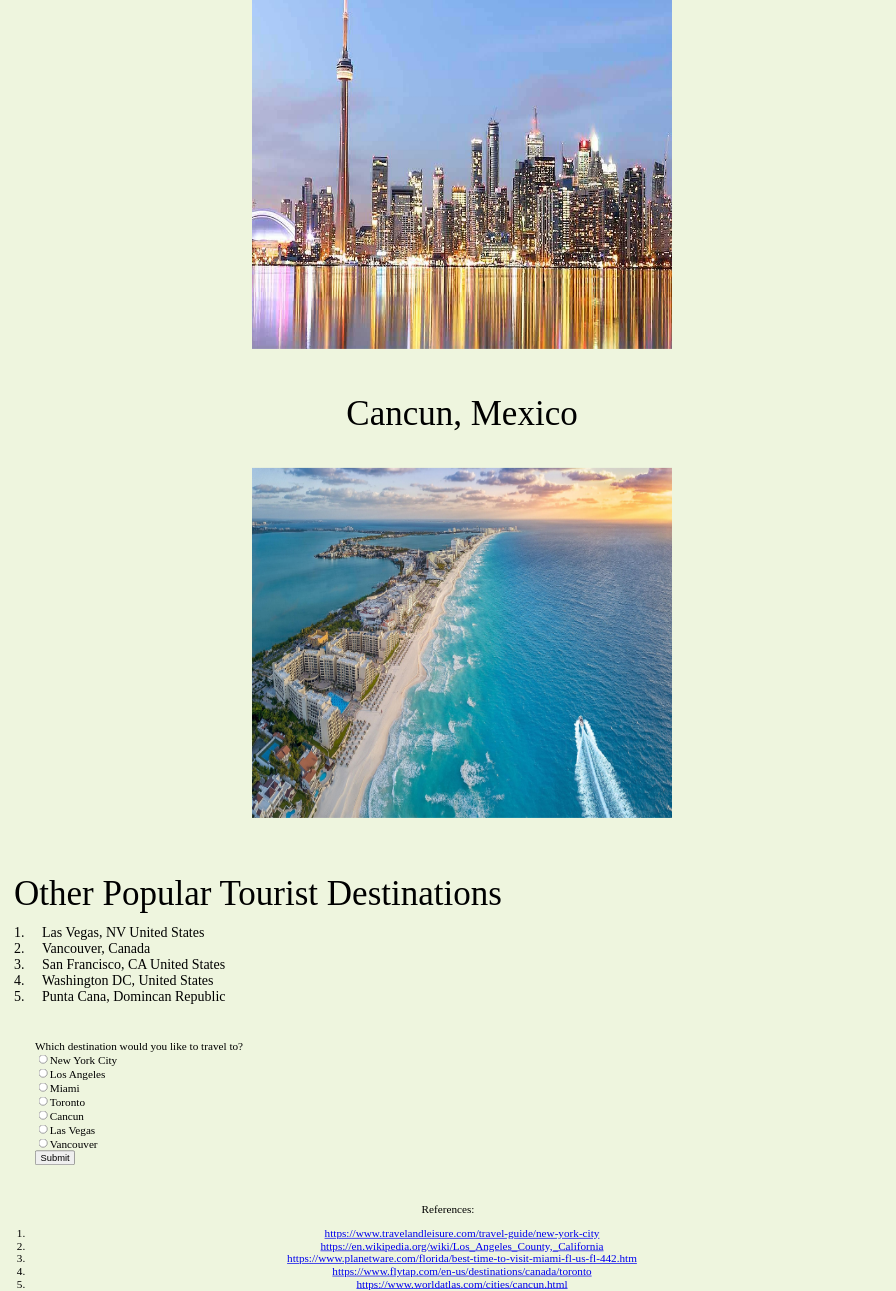
Repository: alharama/StaticWebsite
Page: na_page.html
The author's editor kept a copy of each file at every save. The page is drawn from the files as they stood at one save, then again after the next save.
The browser window is 1280 px wide. The pictures show the part of the page from y = 2818 to 4738 px (the page is 4662 px tall before and 4738 px after), at 70% of full size.

Above is the page before, as saved 2021-10-07 20:29:29.

### na_page.html
<!DOCTYPE html>
<html lang="en">
<head>

    <link rel = "stylesheet" type="text/css" href="CSS/stylesheet.css">
    <link rel="icon" href="World.ico">

    <title> North America </title>

    <style>

        #na {
            display: block;
            margin-left: auto;
            margin-right: auto;
            margin-top: 30px;
            width: auto;
            height: 300px;

        }

        #survey {
            margin: 50px;
        }

        #result {
            padding-top: 5px;
            font-family: 'Kaushan Script';
        }

    </style>

    <script>
        function displayRadioValue() {
            var ele = document.getElementsByName('dest_option');

            for(i = 0; i < ele.length; i++) {
                if(ele[i].checked)
                document.getElementById("result").innerHTML
                         = "Destination: "+ele[i].value;
            }
        }
    </script>

</head>

<body>
    <header>
        North America


        <div id="languages">
            <div>Hello</div>
            <div>Bonjour</div>
            <div>Marhabaan</div>
            <div>Zdravstvuyte</div>
            <div>nǐ hǎo</div>
            <div>Salve</div>
            <div>Konnichiwa</div>
            <div>Guten Tag</div>
            <div>Goddag</div>
            <div>Shikamoo</div>
        </div>

    </header>


        <nav class="top_nav">
            <ul id="top_nav">
                <li><a href="/index.html">Home</a></li>
                <li><a href="/na_page.html">North America</a></li>
                <li><a href="/sa_page.html">South America</a></li>
                <li><a href="/eu_page.html">Europe</a></li>
                <li><a href="/af_page.html">Africa</a></li>
                <li><a href="/as_page.html">Asia</a></li>
                <li><a href="/au_page.html">Australia</a></li>
                <li><a href="/ant_page.html">Antarctica</a></li>
            </ul>
        </nav>

        <img id="na" src="images/NorthAmerica.png" alt="North america">


        <h1> Top Tourist Destinations in North America</h1>


        <ul class = "tourist_spots">
            <li> New York City, NY United States</li>

            <li><img class="dest" src="images/NY.jpeg" alt="NY"></li>
            <li> Los Angeles, CA United States</li>
            <li><img class = "dest" src="images/LA.jpeg" alt="LA"> </li>
            <li> Miami, FL United States</li>
            <li><img class = "dest" src="images/MIA.jpeg" alt = "MIA"></li>
            <li> Toronto, Canada</li>
            <li><img class = "dest" src="images/TOR.jpeg" alt="TOR"> </li>
            <li> Cancun, Mexico</li>
            <li><img class="dest" src="images/Cancun.jpeg" alt="Cancun"> </li>
        </ul>


            <div class = "extra_destinations">
                <div id="other_dest_header"> Other Popular Tourist Destinations</div>
                    <ol>
                        <li> Las Vegas, NV United States</li>
                        <li> Vancouver, Canada</li>
                        <li> San Francisco, CA United States</li>
                        <li> Washington DC, United States</li>
                        <li> Punta Cana, Domincan Republic</li>
                    </ol>
            </div>





        <div id="survey">

            Which destination would you like to travel to?
            <form>

                <input type="radio" name="dest_option" value="New York City">New York City<br>
                <input type="radio" name="dest_option" value="Los Angeles">Los Angeles<br>
                <input type="radio" name="dest_option" value="Miami">Miami<br>
                <input type="radio" name="dest_option" value="Toronto">Toronto<br>
                <input type="radio" name="dest_option" value="Cancun">Cancun<br>
                <input type="radio" name="dest_option" value="Las Vegas">Las Vegas<br>
                <input type="radio" name="dest_option" value="Vancouver">Vancouver<br>
                <button type="button" onclick="displayRadioValue()">
                    Submit
                </button>

                <div id="result"></div>

            </form>

        </div>



        <footer>

            References:
                <ol>
                    <li><a href="https://www.travelandleisure.com/travel-guide/new-york-city">https://www.travelandleisure.com/travel-guide/new-york-city</a></li>
                    <li><a href="https://en.wikipedia.org/wiki/Los_Angeles_County,_California">https://en.wikipedia.org/wiki/Los_Angeles_County,_California</a></li>
                    <li><a href="https://www.planetware.com/florida/best-time-to-visit-miami-fl-us-fl-442.htm">https://www.planetware.com/florida/best-time-to-visit-miami-fl-us-fl-442.htm</a></li>
                    <li><a href="https://www.flytap.com/en-us/destinations/canada/toronto">https://www.flytap.com/en-us/destinations/canada/toronto</a></li>
                    <li><a href="https://www.worldatlas.com/cities/cancun.html">https://www.worldatlas.com/cities/cancun.html</a></li>
                </ol>
        </footer>



</body>


</html>

### CSS/stylesheet.css

 @import url('https://fonts.googleapis.com/css2?family=Kaushan+Script&display=swap');



 header {
    text-align: center;
    padding: 5px;
    font-family: 'Kaushan Script', cursive;
    font-size: 100px;
    border-bottom: 1px solid;
    background-color: rgb(183, 184, 146);

}

#container {
    min-height:100%;
    position:relative;
}

body{
    background: rgb(238, 245, 222);
    margin: 0px;
    padding-bottom: 100px;
}

.top_nav {
    width: 100%;
    font-size: 40px;
    text-align: center;
    color: red;

}

.top_nav ul {
    margin: 0px;
    color: blue;
}

.top_nav li {
    display: inline-block;

}

.top_nav a {
    text-decoration:underline;
    color: rgb(175, 52, 52);

}

.top_nav a:hover {
    background-color: lightgray;
}


#languages{

    display: flex;
    font-size: 20px;
    justify-content:space-around;
}



 h1 {
    text-align: center;
    font-family: 'Kaushan Script', cursive;
}

.tourist_spots {
    text-align: center;
}
.tourist_spots li {
    list-style: none;
    text-align: center;
    font-size: 50px;

}


.dest {
    width: 600px;
    height: 500px;
    padding: 50px;
}

#other_dest_header {
    padding-left: 20px;
    font-size: 50px;
}
.extra_destinations li{
    padding-left: 20px;
    font-size: 20px;
}

#survey {
    margin: 50px;
}

footer {
    position: relative;
    bottom: 0;
    width: 100%;
    height: 00px;
    background-color: green;
    color: black;
    text-align: center;
}

After the next save:
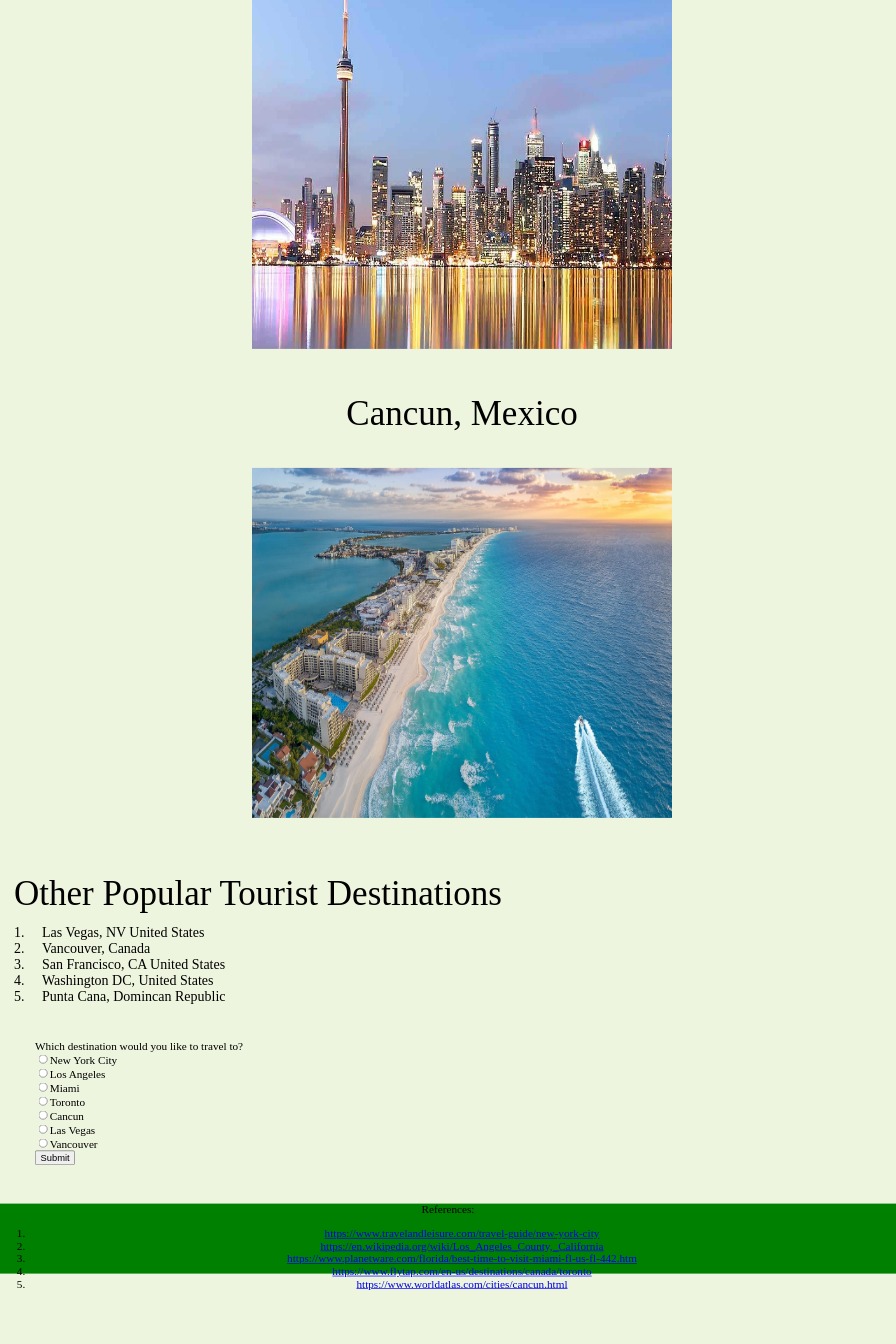
Saved 14 s later.
--- a/CSS/stylesheet.css
+++ b/CSS/stylesheet.css
@@ -101,7 +101,7 @@ footer {
     position: relative;
     bottom: 0;
     width: 100%;
-    height: 00px;
+    height: 100px;
     background-color: green;
     color: black;
     text-align: center;
